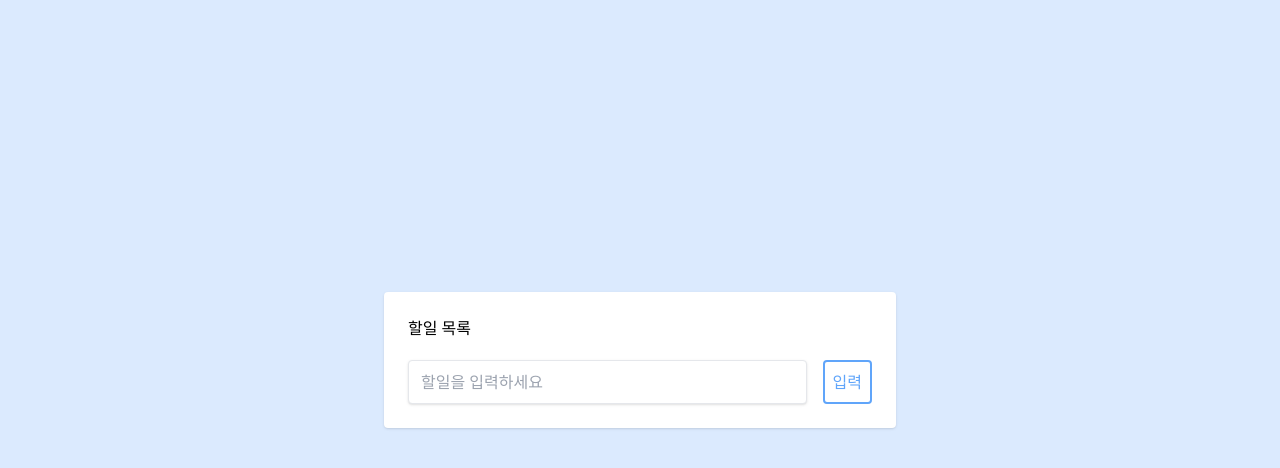
Repository: siwon9898/react-learn
Page: /
An editor plug-in stored every save of this project. The page is shown before and after the next save, followed by the edit.
The browser window is 1280 px wide. The pictures show the whole page.
The project was rebuilt for these pictures with package versions that can differ from the ones it lists, and the page was loaded fresh each time. Also part of the build but not shown: src/index.css, src/components/List.js.

Above is the page before, as saved 2023-03-30 16:42:14.

### public/index.html
<!-- 페이지 템플릿 -->
<!DOCTYPE html>
<html lang="en">
  <head>
    <meta charset="utf-8" />
    <link rel="icon" href="%PUBLIC_URL%/favicon.ico" />
    <meta name="viewport" content="width=device-width, initial-scale=1" />
    <meta name="theme-color" content="#000000" />
    <meta
      name="description"
      content="Web site created using create-react-app"
    />
    <link rel="apple-touch-icon" href="%PUBLIC_URL%/logo192.png" />
    <!--
      manifest.json provides metadata used when your web app is installed on a
      user's mobile device or desktop. See https://developers.google.com/web/fundamentals/web-app-manifest/
    -->
    <link rel="manifest" href="%PUBLIC_URL%/manifest.json" />
    <!--
      Notice the use of %PUBLIC_URL% in the tags above.
      It will be replaced with the URL of the `public` folder during the build.
      Only files inside the `public` folder can be referenced from the HTML.

      Unlike "/favicon.ico" or "favicon.ico", "%PUBLIC_URL%/favicon.ico" will
      work correctly both with client-side routing and a non-root public URL.
      Learn how to configure a non-root public URL by running `npm run build`.
    -->
    <title>React App</title>
  </head>
  <body>
    <noscript>You need to enable JavaScript to run this app.</noscript>
    <div id="root"></div>
    <!--
      This HTML file is a template.
      If you open it directly in the browser, you will see an empty page.

      You can add webfonts, meta tags, or analytics to this file.
      The build step will place the bundled scripts into the <body> tag.

      To begin the development, run `npm start` or `yarn start`.
      To create a production bundle, use `npm run build` or `yarn build`.
    -->
  </body>
</html>

### src/index.js
//js 시작점
import React from "react";
import ReactDOM from "react-dom/client";
import "./index.css";
import App from "./App";
import reportWebVitals from "./reportWebVitals";

const root = ReactDOM.createRoot(document.getElementById("root"));
root.render(<App />);

// If you want to start measuring performance in your app, pass a function
// to log results (for example: reportWebVitals(console.log))
// or send to an analytics endpoint. Learn more: https://bit.ly/CRA-vitals
reportWebVitals();

### src/App.js
// export default class App extends Component {
//   btnStyle = {
//     color: "#fff",
//     border: "none",
//     padding: "5px 9px",
//     borderRadius: "50%",
//     cursor: "pointer",
//     float: "right",
//   };

//   getStyle = (completed) => {
//     return {
//       padding: "10px",
//       borderBottom: "1px #ccc dotted",
//       textDecoration: completed ? "line-through" : "none",
//     };
//   };

//   state = {
//     todoData: [],
//     value: "",
//   };

//   handleClick = (id) => {
//     let newTodoData = this.state.todoData.filter((data) => data.id !== id);
//     this.setState({ todoData: newTodoData });
//   };

//   handleChange = (e) => {
//     this.setState({ value: e.target.value });
//   };

//   handleSubmit = (e) => {
//     e.preventDefault(); //form안에서 input 전송(submit)할때 reload 막아줌

//     //새로운 할일 데이터
//     let newTodo = {
//       id: Date.now(),
//       title: this.state.value,
//       completed: false,
//     };
//     //원래있던 할일에 새로운 할일 추가해줌
//     this.setState({ todoData: [...this.state.todoData, newTodo], value: "" });
//   };

//   handleCompleteChange = (id) => {
//     let newTodo = this.state.todoData.map((data) => {
//       if (data.id === id) {
//         data.completed = !data.completed;
//       }
//       return data;
//     });

//     this.setState({ todoData: newTodo });
//   };
//   render() {
//     return (
//       <div className="container">
//         <div className="todoBlock">
//           <div className="title">
//             <h1>할일 목록</h1>
//           </div>
//           {/* map은 배열 요소를 함수를 거쳐 새로운 배열을 반환해준다 */}
//           {this.state.todoData.map((data) => (
//             <div style={this.getStyle(data.completed)} key={data.id}>
//               {/* 여러개의 객체를 넣을때는 unique한 key prop이 있어야함 */}
//               <input
//                 type="checkbox"
//                 defaultChecked={false}
//                 onChange={() => this.handleCompleteChange(data.id)}
//               />
//               {data.title}
//               {/* 중괄호로 넣어야 실제 데이터가 들어감 */}
//               <button
//                 style={this.btnStyle}
//                 onClick={() => this.handleClick(data.id)}
//               >
//                 X
//               </button>
//             </div>
//           ))}

//           <form style={{ display: "flex" }} onSubmit={this.handleSubmit}>
//             <input
//               type="text"
//               name="value"
//               placeholder="할일을 입력하세요"
//               style={{ flex: "10", padding: "5px" }}
//               value={this.state.value}
//               onChange={this.handleChange}
//             />
//             <input
//               type="submit"
//               value="입력"
//               className="btn"
//               style={{ flex: "1" }}
//             />
//           </form>
//         </div>
//       </div>
//     );
//   }
// }
import React from "react";
import { useState } from "react";
import "./App.css";
import Lists from "./components/Lists";
import Form from "./components/Form";
import { useCallback } from "react";

export default function App() {
  const [TodoData, setTodoData] = useState([]);
  const [value, setValue] = useState("");

  const handleClick = useCallback(
    (id) => {
      let newTodoData = TodoData.filter((data) => data.id !== id);
      setTodoData(newTodoData);
    },
    [TodoData]
  );
  //tododata가 바뀔때만 함수가 다시 생성됨, tododata는 의존성!

  const handleSubmit = (e) => {
    e.preventDefault();

    let newTodo = {
      id: Date.now(),
      title: value,
      complete: false,
    };
    setTodoData((prev) => [...prev, newTodo]);
    setValue("");
  };
  return (
    <div className="flex items-center justify-center w-screen h-screen bg-blue-100">
      <div className="w-full p-6 m-4 bg-white rounded shadow lg:w-3/4 lg:max-w-lg">
        <div className="flex justify-between mb-3">
          <h1>할일 목록</h1>
        </div>
        {/* tododata state는여러개의 컴포넌트에서 쓰기때문에 state자체를 옮기기보다는 props로 내려주는것이 적합 */}
        <Lists
          handleClick={handleClick}
          TodoData={TodoData}
          setTodoData={setTodoData}
        />
        <Form handleSubmit={handleSubmit} value={value} setValue={setValue} />
      </div>
    </div>
  );
}

### src/components/Lists.js
import React from "react";
import { DragDropContext, Draggable, Droppable } from "react-beautiful-dnd";
import { List } from "./List";

const Lists = React.memo(({ TodoData, setTodoData, handleClick }) => {
  const handleEnd = (result) => {
    //result 매개변수에는 source 항목 및 대사 위치와 같은 드래그 이벤트에 대한 정보가 포함된다.
    //목적지 없으면 종료
    if (!result.destination) return;

    //react의 불변성을 지키기 위해 새로운 tododata 생성
    const newTodoData = [...TodoData];

    //1. 변경시키는 아이템을 배열에서 지워줍니다.
    //2.  return값으로 지워진 아이템을 잡아줍니다.
    const [reorderedItem] = newTodoData.splice(result.source.index, 1);

    //원하는 자리애 reorderItem을 insert 해줍니다.
    newTodoData.splice(result.destination.index, 0, reorderedItem);
    setTodoData(newTodoData);
  };
  return (
    <DragDropContext onDragEnd={handleEnd}>
      <Droppable droppableId="todo">
        {(provided) => (
          <div {...provided.droppableProps} ref={provided.innerRef}>
            {TodoData.map((data, index) => (
              <Draggable
                key={data.id}
                draggableId={data.id.toString()}
                index={index}
              >
                {(provided, snapshot) => (
                  <List
                    key={data.id}
                    id={data.id}
                    title={data.title}
                    complete={data.complete}
                    TodoData={TodoData}
                    setTodoData={setTodoData}
                    provided={provided}
                    snapshot={snapshot}
                    handleClick={handleClick}
                  />
                )}
              </Draggable>
            ))}
            {provided.placeholder}
          </div>
        )}
      </Droppable>
    </DragDropContext>
  );
});

export default Lists;

### src/components/Form.js
import React from "react";

export default function Form({ handleSubmit, value, setValue }) {
  const handleChange = (e) => {
    setValue(e.target.value);
  };

  return (
    <form className="flex pt-2" onSubmit={handleSubmit}>
      <input
        className="w-full px-3 py-2 mr-4 text-gray-500 border rounded shadow"
        type="text"
        name="value"
        placeholder="할일을 입력하세요"
        value={value}
        onChange={handleChange}
      />
      <input
        className="p-2 text-blue-400 border-2 border-blue-400 rounded hover:text-white hover:bg-blue-200"
        type="submit"
        value="입력"
      />
    </form>
  );
}

Loaded but not shown: src/reportWebVitals.js (common file); src/App.css (common file); tailwind.config.js (common file)

After the next save:
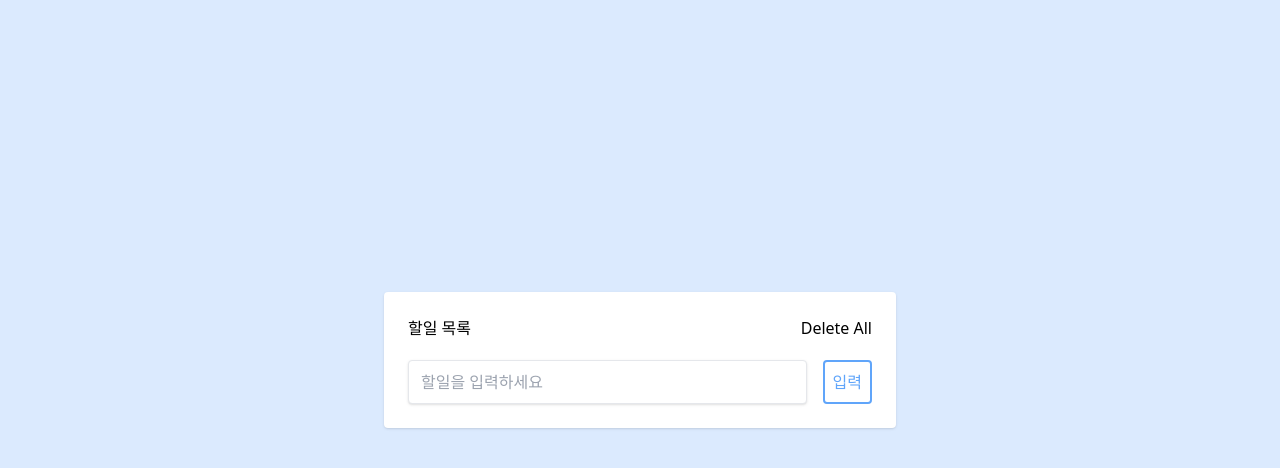
Saved 17 h 9 min later.
--- a/src/App.js
+++ b/src/App.js
@@ -132,11 +132,17 @@ export default function App() {
     setTodoData((prev) => [...prev, newTodo]);
     setValue("");
   };
+
+  const handleRemoveClick = () => {
+    setTodoData([]);
+  };
+
   return (
     <div className="flex items-center justify-center w-screen h-screen bg-blue-100">
       <div className="w-full p-6 m-4 bg-white rounded shadow lg:w-3/4 lg:max-w-lg">
         <div className="flex justify-between mb-3">
           <h1>할일 목록</h1>
+          <button onClick={handleRemoveClick}>Delete All</button>
         </div>
         {/* tododata state는여러개의 컴포넌트에서 쓰기때문에 state자체를 옮기기보다는 props로 내려주는것이 적합 */}
         <Lists
